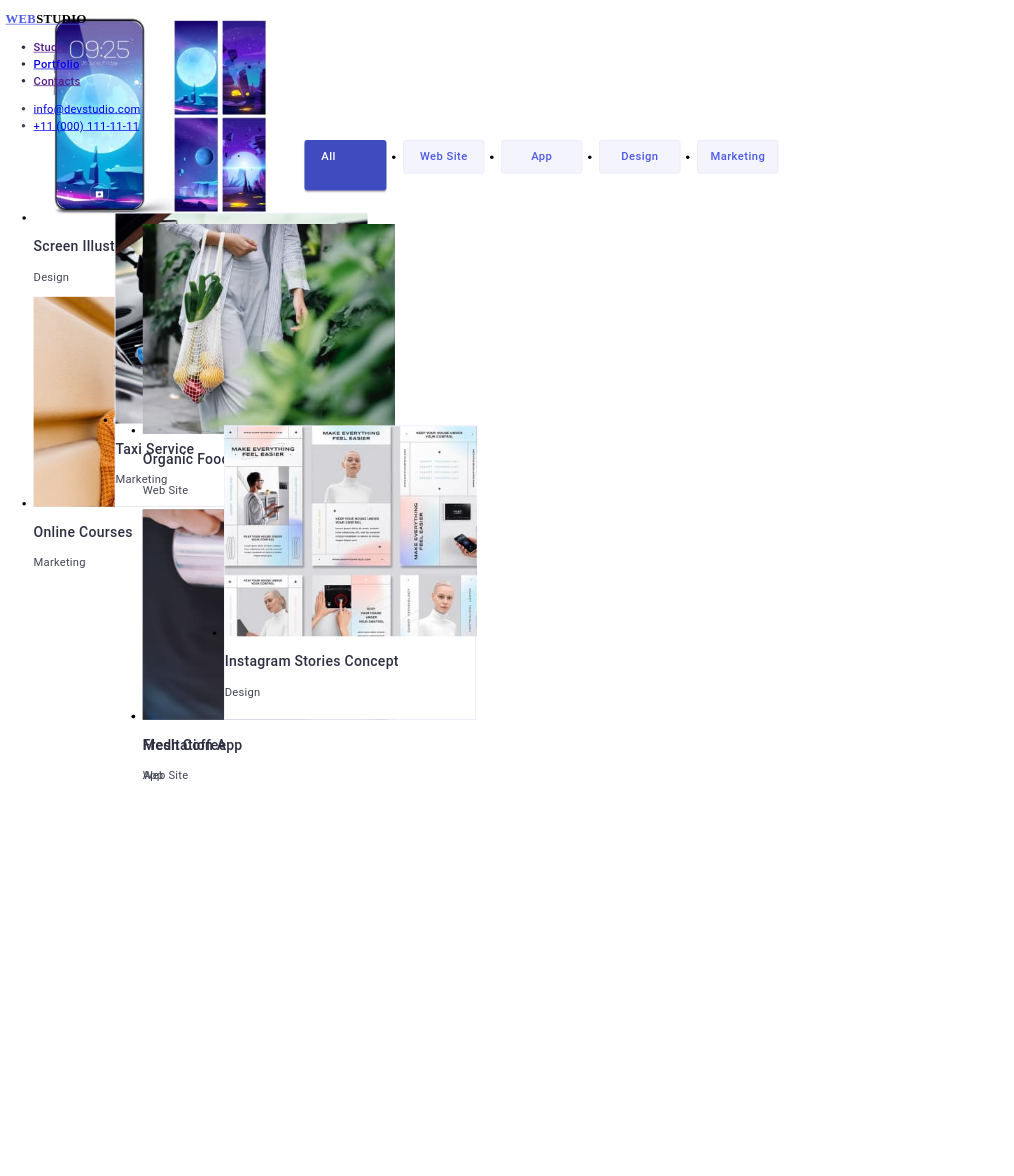
Repository: GrishchenkoNataliya/goit-markup-hw-02
Page: portfolio/portfolio.html
The author's editor kept a copy of each file at every save. The page is drawn from the files as they stood at one save, then again after the next save.
The browser window is 1280 px wide. The page is 1448 px wide, so the pictures cover 1448 px, including what lies to the right of the window. The pictures show the part of the page from y = 0 to 1680 px (the page is 4804 px tall), at 70% of full size.

Above is the page before, as saved 2023-03-07 18:06:41.

After the next save:
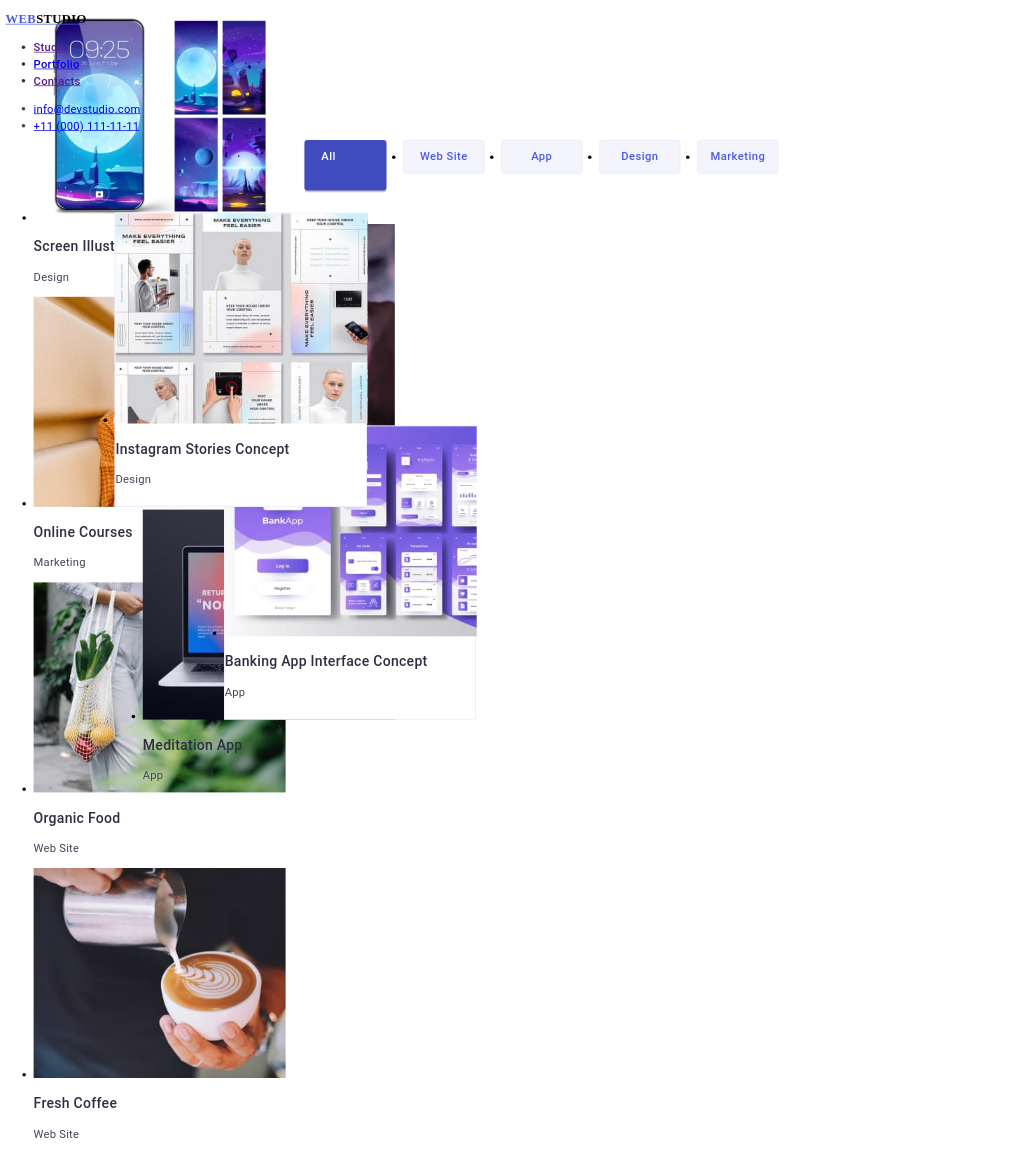
Saved 5 min 0 s later.
--- a/portfolio/portfolio.html
+++ b/portfolio/portfolio.html
@@ -84,7 +84,7 @@
 
 
       <section class="portfolio-section">
-        <ul class="portfolio-section-list">
+        <ul class="portfolio-section-list-first">
             <li class="project-card-first">
                 <img src="../images/pages2/img1.jpg" alt="Banking App Interface Concept" position="absolute" ;
                 width="360px";
@@ -154,7 +154,7 @@
             </li>
             </ul>
 
-            <ul class="portfolio-section-list">
+            <ul class="portfolio-section-list-last">
             <li class="project-card-first">
                 <img src="../images/pages2/img7.jpg" alt="Instagram Stories Concept"
                  position="absolute"
--- a/css/styles.css
+++ b/css/styles.css
@@ -468,7 +468,7 @@ top: 2380px; */
   top: 0%;
   bottom: 0%;
 } */
-.portfolio-section-list {
+.portfolio-section-list-first {
   position: absolute;
   width: 1128px;
   height: 420px;
@@ -513,6 +513,9 @@ top: 2380px; */
   left: 924px;
 }
 
-/* .portfolio-section2-list2 {
- top: 756px;
-} */
+.portfolio-section-list-second {
+  top: 756px;
+}
+.portfolio-section-list-last {
+  top: 756px;
+}
